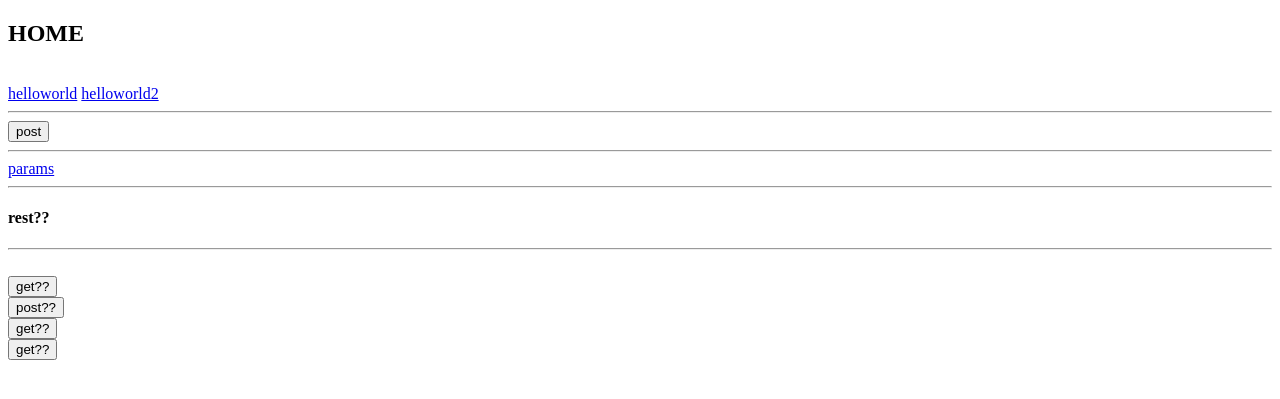
Repository: weiqilin66/workSpaceXD
Page: http://localhost/springmvc-1/
An editor plug-in stored every save of this project. The page is shown before and after the next save, followed by the edit.
The browser window is 1280 px wide. The pictures show the whole page.
The page is served by Tomcat 9. Other server files are loaded and not shown.

Above is the page before, as saved 2019-09-18 08:41:17.

### workspace/eclipseworkspace/ws01-study/springmvc-1/WebContent/index.jsp
<%@ page language="java" contentType="text/html; charset=ISO-8859-1"
    pageEncoding="UTF-8"%>
<!DOCTYPE html>
<html>
<head>
<meta charset="ISO-8859-1">
<title>Insert title here</title>
</head>
<body>
<h2>HOME</h2>
<br>
<a href="helloworld"> helloworld</a>
<a href="test/helloworld"> helloworld2</a>
<hr>
<!-- form表单指定method 默认是get -->
<form action="test/helloworldpost" method="post">
<input value="post" type="submit">
</form>
<hr>
<a href="test/params?username=joy&age=11"> params</a>
<hr>
<h4>rest风格</h4>
<hr>
<br>
<form action="rest/get/1" method="get">
<input type="submit" value="get提交">
</form>
<form action="rest/post" method="post">
<input type="submit" value="post提交">
</form>
<form action="rest/put/3" method="post">
<input  type="hidden" name="_method" value="put">
<input type="submit" value="get提交">
</form>
<form action="rest/delete/4" method="post">
<input  type="hidden" name="_method" value="delete">
<input type="submit" value="get提交">
</form>
<br>
<br>
<br>
<br>
<br>
<br>
</body>
</html>

After the next save:
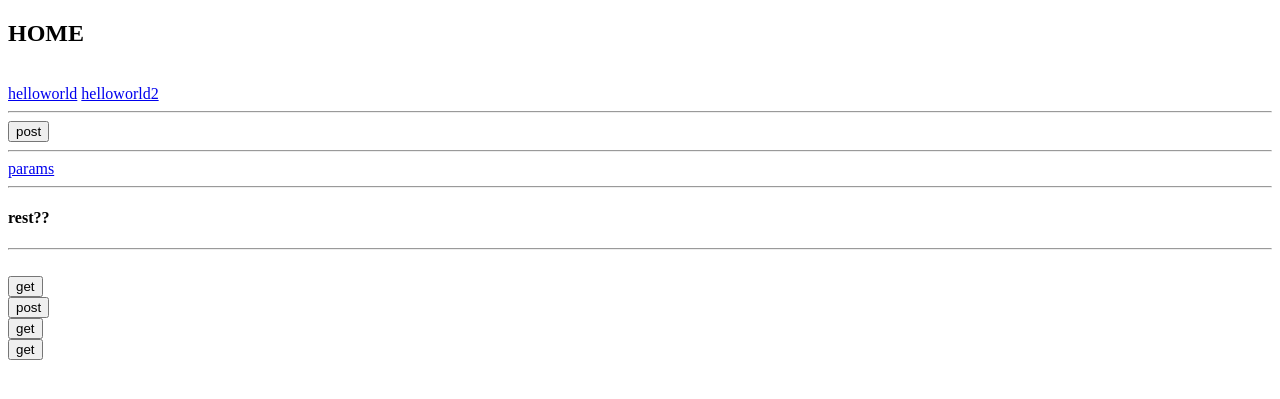
Saved 37 s later.
--- a/workspace/eclipseworkspace/ws01-study/springmvc-1/WebContent/index.jsp
+++ b/workspace/eclipseworkspace/ws01-study/springmvc-1/WebContent/index.jsp
@@ -23,18 +23,18 @@
 <hr>
 <br>
 <form action="rest/get/1" method="get">
-<input type="submit" value="get提交">
+<input type="submit" value="get">
 </form>
 <form action="rest/post" method="post">
-<input type="submit" value="post提交">
+<input type="submit" value="post">
 </form>
 <form action="rest/put/3" method="post">
 <input  type="hidden" name="_method" value="put">
-<input type="submit" value="get提交">
+<input type="submit" value="get">
 </form>
 <form action="rest/delete/4" method="post">
 <input  type="hidden" name="_method" value="delete">
-<input type="submit" value="get提交">
+<input type="submit" value="get">
 </form>
 <br>
 <br>
